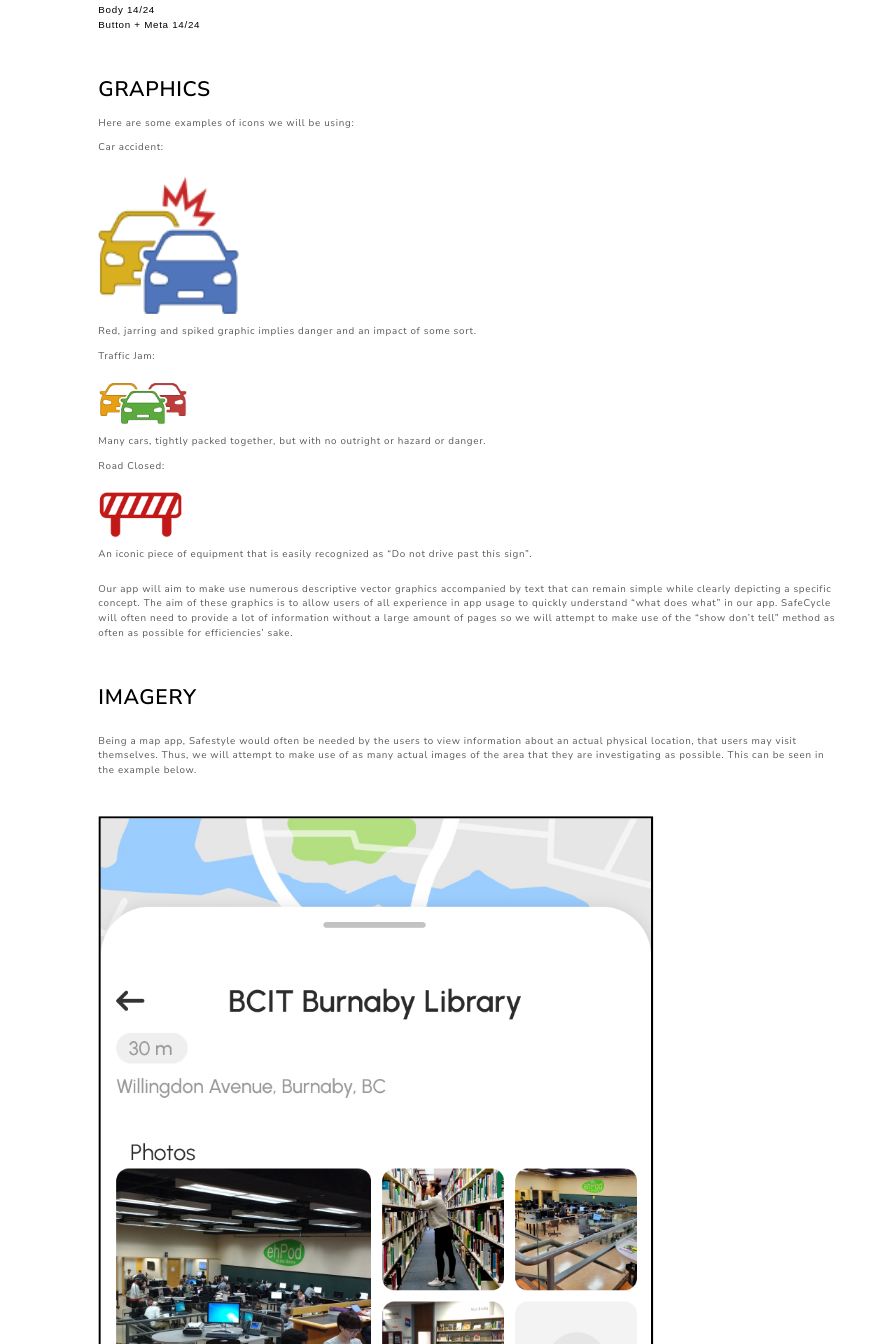
Repository: Aladdin3r/safecycle-styleguide
Page: /
An editor plug-in stored every save of this project. The page is shown before and after the next save, followed by the edit.
The browser window is 1280 px wide. The pictures show the part of the page from y = 2916 to 4836 px (the page is 5922 px tall before and 5822 px after), at 70% of full size.
The project was rebuilt for these pictures with package versions that can differ from the ones it lists, and the page was loaded fresh each time. The framework's server and built-in components were replaced by stand-ins that run in the browser. Also part of the build but not shown: next.config.mjs.

Above is the page before, as saved 2024-04-09 22:52:28.

### pages/_app.js
import "@/styles/globals.css";
import "@/styles/bootstrap.min.css";
import { useEffect } from "react";


export default function App({ Component, pageProps }) {

  useEffect(() => {
    require("bootstrap/dist/js/bootstrap.bundle.min.js");
  }, []);
  return <Component {...pageProps} />;
}

### pages/index.js
import Head from "next/head";
import styles from "@/styles/Home.module.css"

export default function Home() {

  return (
    <>
      <Head>
        <title>SafeCycle Styleguide</title>
        <meta name="description"
        content=
        "Created by Rawan Aladdin, Nea Pieroelie, Andrew Turitsa."
       />
        <meta name="viewport" content="width=device-width, initial-scale=1" />
        <link rel="icon" href="/favicon1.svg" />
      </Head>
      <nav class="navbar navbar-expand-lg bg-light sticky-top" data-bs-theme="light">
        <div class="container-fluid">
          <a class="navbar-brand" href="#">SafeCycle</a>
          <button class="navbar-toggler" type="button" data-bs-toggle="collapse" data-bs-target="#navbarColor03" aria-controls="navbarColor03" aria-expanded="false" aria-label="Toggle navigation">
            <span class="navbar-toggler-icon"></span>
          </button>
          <div class="collapse navbar-collapse" id="navbarColor03">
            <ul class="navbar-nav me-auto">
              <li class="nav-item">
                <a class="nav-link active" href="#">Home</a>
              </li>
              <li class="nav-item">
                <a class="nav-link" href="#logo">Logo</a>
              </li>
              <li class="nav-item">
                <a class="nav-link" href="#colours">Colours</a>
              </li>
              <li class="nav-item">
                <a class="nav-link" href="#types">Typography, Imagery, Graphics</a>
              </li>
              <li class="nav-item">
                <a class="nav-link" href="#refs">References</a>
              </li>
            </ul>
          </div>
        </div>
      </nav>
      <main>
      <div class="jumbotron">
        <h1 class="display-3 mt-5 pt-5">SafeCycle</h1>
        <p class="display-4 pb-5">Styleguide</p>
        <hr class="my-5"/>
        <p class="mb-5">Rawan Aladdin, Nea Pieroelie, Andrew Turitsa</p>
        <p class="lead mb-5">
          <a class="btn btn-primary btn-lg my-5" href="#logo" role="button">Start the guide</a>
        </p>
      </div>
      <div id="logo" class="p-4">
        <h2 class="p-2 mt-3">Logo Design</h2>
        <p class="p-3">
          Logo font choice: DIN condensed bold
          colours: #F0983F orange #911C12 red #AD5C0A pale orange
        </p>
        <div class="container">
          <div class="card-group">
              <div class="row">
                <div className="col-sm-4">
                  <div class="bg-primary card text-white mb-3" className={styles.card}>
                    <div class="card-body">
                      <h4 class="card-title">Full-colour logo</h4>
                      <img class="card-img-top" src="/fullcolourlogo.svg" alt="full-colour logo"></img>
                      <p class="card-text">Some quick example text to build on the card title and make up the bulk of the card's content. blah blah blah</p>
                    </div>
                  </div>
                </div>

                <div className="col-sm-4">
                  <div class="bg-primary card text-white mb-3" className={styles.card}>
                  <div class="card-body">
                    <h4 class="card-title">Black and white Logo</h4>
                    <img class="card-img-top" src="/blackandwhitelogo.svg" alt="black and white logo"></img>
                    <p class="card-text">Some quick example text to build on the card title and make up the bulk of the card's content.</p>
                  </div>
                  </div>
                </div>

                <div className="col-sm-4">
                  <div class="bg-primary card text-white mb-3" className={styles.card}>
                  <div class="card-body">
                    <h4 class="card-title">Greyscale Logo</h4>
                    <img class="card-img-top" src="/greyscalelogo.svg" alt="greyscale logo"></img>
                    <p class="card-text">Some quick example text to build on the card title and make up the bulk of the card's content.</p>
                  </div>
                  </div>
                </div>

              </div>

              <div class="row">
                <div className="col-sm-4">
                  <div class="bg-primary card text-white mb-3" className={styles.card}>
                    <div class="card-body">
                      <h4 class="card-title">Monochromatic logo</h4>
                      <img class="card-img-top" src="/monochromatic.svg" alt="Monochromatic logo"></img>
                      <p class="card-text">Some quick example text to build on the card title and make up the bulk of the card's content. blah blah blah</p>
                    </div>
                  </div>
                </div>

                <div className="col-sm-4">
                  <div class="bg-primary card text-white mb-3" className={styles.card}>
                  <div class="card-body">
                    <h4 class="card-title">Horizontal version of full-colour Logo</h4>
                    <img class="card-img-top" src="/horizontalfullcolour.svg" alt="horizontal full colour logo"></img>
                    <p class="card-text">Some quick example text to build on the card title and make up the bulk of the card's content.</p>
                  </div>
                  </div>

              </div>

              <div className="col-sm-4">
                <div class="bg-primary card  text-white mb-3" className={styles.card}>
                <div class="card-body">
                  <h4 class="card-title">Stacked/vertical version of full-colour Logo</h4>
                  <img class="card-img-top" src="/verticalfullcolour.svg" alt="stacked/vertical colour logo"></img>
                  <p class="card-text">Some quick example text to build on the card title and make up the bulk of the card's content.</p>
                </div>
                </div>
              </div>
            </div>
            <div class="row">
                <div className="col-sm-4">
                  <div class="bg-primary card text-white mb-3" className={styles.card}>
                    <div class="card-body z-3">
                      <h4 class="card-title">16x16px Favicon</h4>
                      <img class="card-img-top" src="/favicon1.svg" alt="xs favicon"></img>
                      <p class="card-text">Some quick example text to build on the card title and make up the bulk of the card's content. blah blah blah</p>
                    </div>
                  </div>
                </div>

                <div className="col-sm-4">
                  <div class="bg-primary card  text-white mb-3" className={styles.card}>
                  <div class="card-body">
                    <h4 class="card-title">32x32px Favicon</h4>
                    <img class="card-img-top" src="/favicon2.svg" alt="small favicon"></img>
                    <p class="card-text">Some quick example text to build on the card title and make up the bulk of the card's content.</p>
                  </div>
                  </div>

              </div>

              <div className="col-sm-4">
                <div class="bg-primary card text-white mb-3" className={styles.card}>
                <div class="card-body">
                  <h4 class="card-title">48x48px Favicon</h4>
                  <img class="card-img-top" src="/favicon3.svg" alt="normal favicon"></img>
                  <p class="card-text">Some quick example text to build on the card title and make up the bulk of the card's content.</p>
                </div>
                </div>
              </div>
            </div>
          </div>
        </div>
      </div>
      <div id="colours" class="p-4">
        <h2 class="p-2">Colour Palette, Colour Accessibility</h2>
        <div class="container">

        </div>
      </div>
      <div id="types" class="p-4">
        <h2 class="p-2">Typography, Imagery, Graphics</h2>
        <div class="container">
        <p className={styles.typo_desc} class="p-3">
        The fonts used in SafeCycle will be a blend of Urbanist and Sarabun. They are both sans serif fonts that are not too fancy but also not too rigid and boring. We believe that these fonts have a charming blend of simple, practical functionality and the calming, welcoming feel of a guidance application.  The characters of the Urbanist font are slightly more block-like, so this font will be used primary for heading and standalone words or phrases. Sarabun's characters on the other hand have a more natural curves and shaped, so this more elegant font will be used for body text and paragraphs.
        </p>
        <div className={styles.h1Typo}>Heading One 40/24</div>
        <div className={styles.h2Typo}>Heading Two 26/16</div>
        <div className={styles.h3Typo}>Heading Three 22/16</div>
        <div className={styles.h4Typo}>Heading Four 20/16</div>
        <div className={styles.BodyTypo}>Body 14/24</div>
        <div className={styles.ButtonMetaTypo}>Button + Meta 14/24</div>
        <div className={styles.graphicTitle}>GRAPHICS</div>
        <div className={styles.graphicName}>Here are some examples of icons we will be using:</div>
        <div className={styles.graphicName}>Car accident:</div>
        <img className={styles.carCrash} src="/carCrash.png" height={200} width={200} alt="Car Accident"></img>
        <div className={styles.graphicDesc}>Red, jarring and spiked graphic implies danger and an impact of some sort.</div>
        <div className={styles.graphicName}>Traffic Jam:</div>
        <img className={styles.traffic} src="/traffic.png" alt="Traffic"></img>
        <div className={styles.graphicDesc}>Many cars, tightly packed together, but with no outright or hazard or danger.</div>
        <div className={styles.graphicName}>Road Closed:</div>
        <img className={styles.RoadClosed} src="/RoadClosed.png" alt="Raod Closed"></img>
        <div className={styles.graphicDesc}>An iconic piece of equipment that is easily recognized as “Do not drive past this sign”.</div>
        <div className={styles.graphicExpl}>Our app will aim to make use numerous descriptive vector graphics accompanied by text that can remain simple while clearly depicting a specific concept. The aim of these graphics is to allow users of all experience in app usage to quickly understand “what does what” in our app. SafeCycle will often need to provide a lot of information without a large amount of pages so we will attempt to make use of the “show don’t tell” method as often as possible for efficiencies’ sake.</div>
        <div className={styles.graphicTitle}>IMAGERY</div>
        <div className={styles.graphicExpl}>Being a map app, Safestyle would often be needed by the users to view information about an actual physical location, that users may visit themselves. Thus, we will attempt to make use of as many actual images of the area that they are investigating as possible. This can be seen in the example below.</div>
        <img className={styles.locationPage} src="/locationPage.png" alt="Location Page"></img>


        </div>
        </div>
      <div id="refs" class="p-4">
        <h2 class="p-2">References</h2>
        <div class="container">

        </div>
      </div>
      </main>
    </>
  );
}

### styles/Home.module.css
.main {
  display: flex;
  flex-direction: column;
  justify-content: space-between;
  align-items: center;
  padding: 6rem;
  min-height: 100vh;
}
.card{
  max-width: 30em;
}

.typo_desc{
  /* margin-left: -14.5em; */
  margin-left: 5%;

}
.h1Typo {
  font-family: "Urbanist", sans-serif;
  font-style: bold;
  font-size: 40pt;
  font-weight: 900;
  color: black;
  /* margin-left: -4em; */
  margin-left: 5%;
}
.h2Typo {
  font-family: "Urbanist", sans-serif;
  font-style: bold;
  font-size: 26pt;
  font-weight: 600;
  color: black;
  /* margin-left: -6em; */
  margin-left: 5%;
}
.h3Typo {
  font-family: "Urbanist", sans-serif;
  font-style: bold;
  font-size: 22pt;
  font-weight: 500;
  color: black;
  /* margin-left: -7em; */
  margin-left: 5%;
}
.h4Typo {
  font-family: "Urbanist", sans-serif;
  font-style: bold;
  font-size: 20;
  font-weight: 500;
  color: black;
  /* margin-left: -14.5em; */
  margin-left: 5%;
}

.BodyTypo {
  font-family: "Sarabun", sans-serif;
  font-weight:500;
  font-style: normal;
  color: black;
  font-size: 18;
  /* margin-left: -14.5em; */
  margin-left: 5%;
}
.ButtonMetaTypo {
  font-family: "Sarabun", sans-serif;
  font-weight:500;
  font-style: normal;
  color: black;
  font-size: 18;
  /* margin-left: -14.5em; */
  margin-left: 5%;
}
.graphicTitle{
  margin-top: 2em;
  /* margin-left: -7em; */
  margin-left: 5%;
  font-weight: bold;
  font-size: 30px;
  color: black;
}
.carCrash{
  margin-top: 2em;
  /* margin-left: -14em; */
  margin-left: 5%;
}

.graphicDesc{
  margin-top: 1em;
  /* margin-left: -14em; */
  margin-left: 5%;
}

.graphicName{
  margin-top: 1em;
  /* margin-left: -14em; */
  margin-left: 5%;
}

.graphicExpl{
  margin-top: 2em;
  margin-bottom: 2em;
  /* margin-left: -14em; */
  margin-left: 5%;
}

.traffic{
  margin-top: 2em;
  /* margin-left: -14em; */
  margin-left: 5%;
}

.RoadClosed{
  margin-top: 2em;
  /* margin-left: -14em; */
  margin-left: 5%;
}

.locationPage{
  margin-top: 2em;
    /* margin-left: -14em; */
    margin-left: 5%;
    border: solid black;
}

Loaded but not shown: pages/_document.js (common file); styles/globals.css (common file); styles/bootstrap.min.css (library)

After the next save:
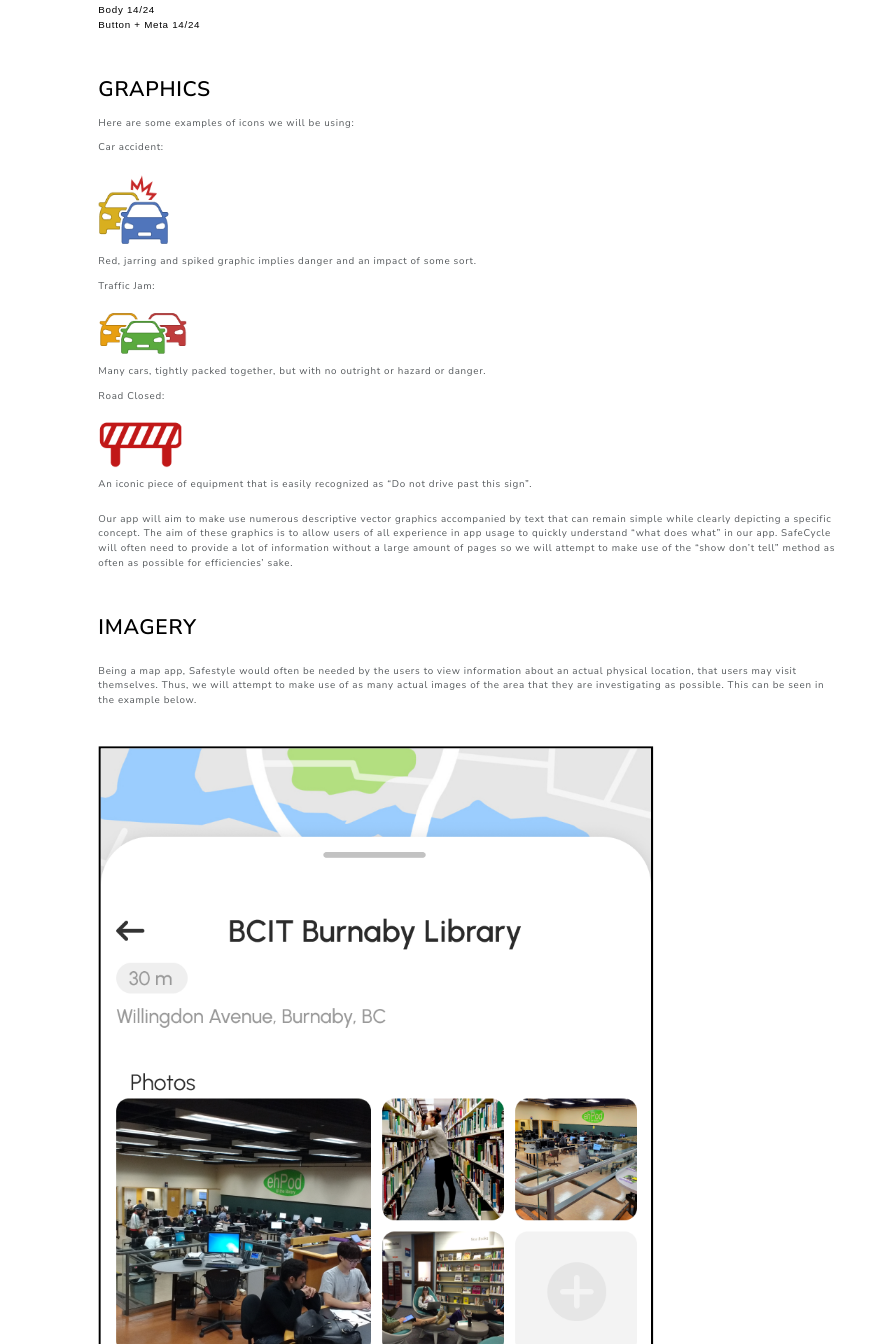
Saved 6 s later.
--- a/pages/index.js
+++ b/pages/index.js
@@ -180,7 +180,7 @@
         <div className={styles.graphicTitle}>GRAPHICS</div>
         <div className={styles.graphicName}>Here are some examples of icons we will be using:</div>
         <div className={styles.graphicName}>Car accident:</div>
-        <img className={styles.carCrash} src="/carCrash.png" height={200} width={200} alt="Car Accident"></img>
+        <img className={styles.carCrash} src="/carCrash.png" height={100} width={100} alt="Car Accident"></img>
         <div className={styles.graphicDesc}>Red, jarring and spiked graphic implies danger and an impact of some sort.</div>
         <div className={styles.graphicName}>Traffic Jam:</div>
         <img className={styles.traffic} src="/traffic.png" alt="Traffic"></img>
